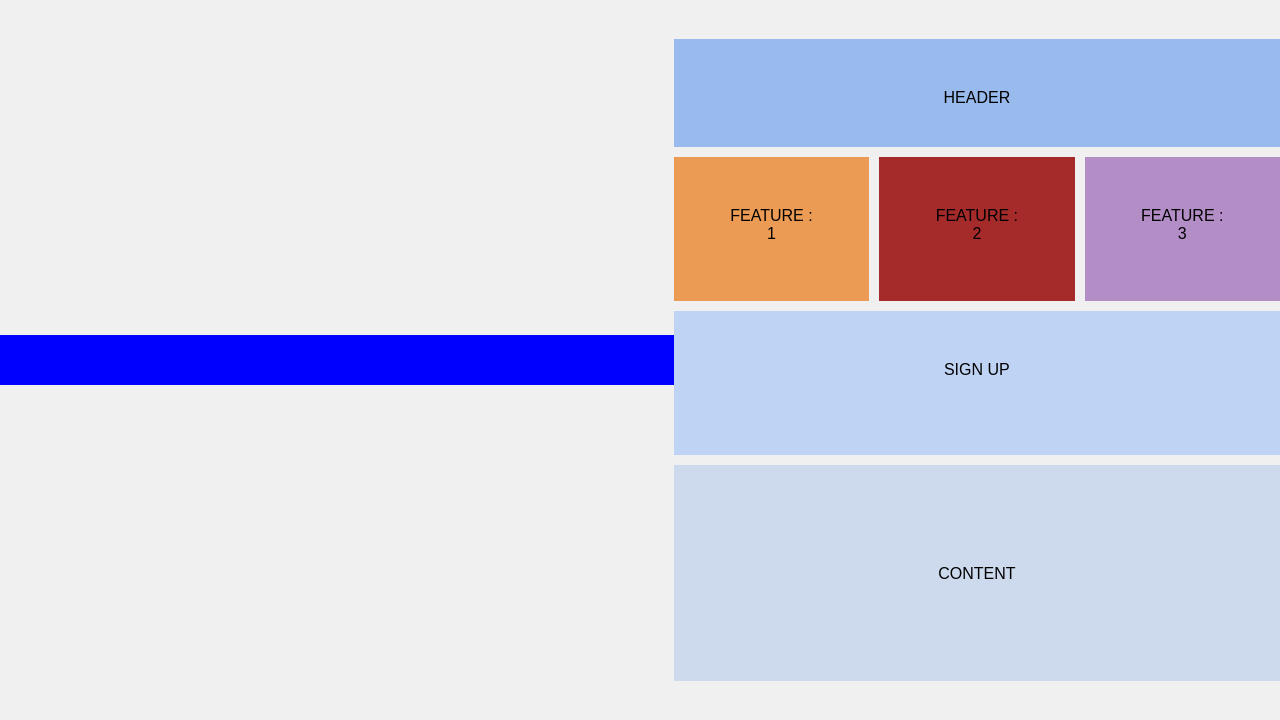
Repository: viveknaidu007/repo-152-FSD-InnomaticsTasksSep2024
Page: task_3/index.html
These files come from the project's save history. The page is drawn as it stood at one moment and after the next save; the edit follows.
The browser window is 1280 px wide. The pictures show the whole page.

Above is the page before, as saved 2024-10-02 12:17:43.

### task_3/index.html
<!DOCTYPE html>
<html lang="en">
<head>
  <meta charset="UTF-8">
  <meta name="viewport" content="width=device-width, initial-scale=1.0">
  <title>Responsive Layout project</title>
  <link rel="stylesheet" href="styles.css">
</head>
<body>

    <div class="top-bar"></div> <!-- Blue bar at the top -->


  <div class="container">

    <header class="header">HEADER</header>
    <div class="content">CONTENT</div>
    <div class="signup">SIGN UP</div>
    <div class="feature1">FEATURE : 1</div>
    <div class="feature2">FEATURE : 2</div>
    <div class="feature3">FEATURE : 3</div>

  </div>
</body>
</html>

### task_3/styles.css
* {
    margin: 0;
    padding: 0;
    box-sizing: border-box;
  }

  .top-bar {
    width: 100%;
    background-color: blue;
    height: 50px;
    justify-content: center ;
    display: flex;
  }

  body {
    font-family: Arial, sans-serif;
    display: flex;
    justify-content: center;
    align-items: center;
    height: 100vh;
    background-color: #f0f0f0;
  }

  .header {
    grid-area: header;
    background-color: #86afedd1;
    text-align: center;
    padding: 50px;
    position: static;
    height: 15vh;
  }

  .content {
    grid-area: content;
    background-color: #c9d8eee1;
    text-align: center;
    padding: 100px;
    height: 30vh;
  }

  .signup {
    grid-area: signup;
    background-color: #93bbf787;
    text-align: center;
    padding: 50px;
    text-decoration: solid;
    height: 20vh;
  }


  .feature1 {
    background-color: #ec9b55;
    height:20vh;
    text-align: center;
    padding: 50px;
  }

  .feature2 {
    background-color: brown;
    height:20vh;
    padding: 50px;
    text-align: center;
  }

  .feature3 {
    background-color: #b28dc6;
    padding: 50px;
    text-align: center;
  }


  .container {
    display: grid;
    grid-template-areas:
      "header"
      "content"
      "signup"
      "feature1"
      "feature2"
      "feature3";
    grid-template-columns: 1fr;
    gap: 10px;
    width: 90%;
    max-width: 1200px;
  }


  @media(min-width: 768px) {
    .container {
      grid-template-areas:
        "header header"
        "content content"
        "signup feature1"
        "feature2 feature3";
      grid-template-columns: 1fr 1fr;
    }
  }

  @media(min-width: 1024px) {
    .container {
      grid-template-areas:
        "header header header"
        "feature1 feature2 feature3"
        "signup signup signup"
        "content content content";
      grid-template-columns: repeat(3, 1fr);
    }
  }

After the next save:
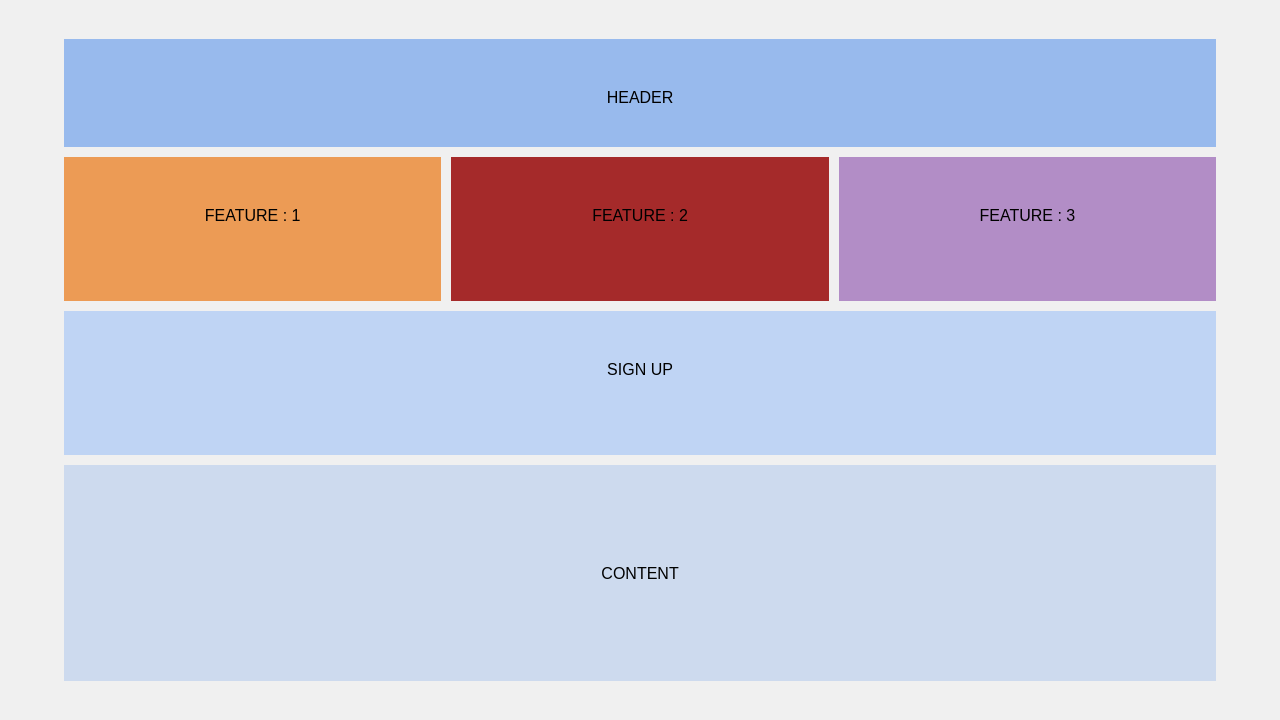
Saved 80 s later.
--- a/task_3/index.html
+++ b/task_3/index.html
@@ -7,8 +7,6 @@
   <link rel="stylesheet" href="styles.css">
 </head>
 <body>
-
-    <div class="top-bar"></div> <!-- Blue bar at the top -->
 
 
   <div class="container">
